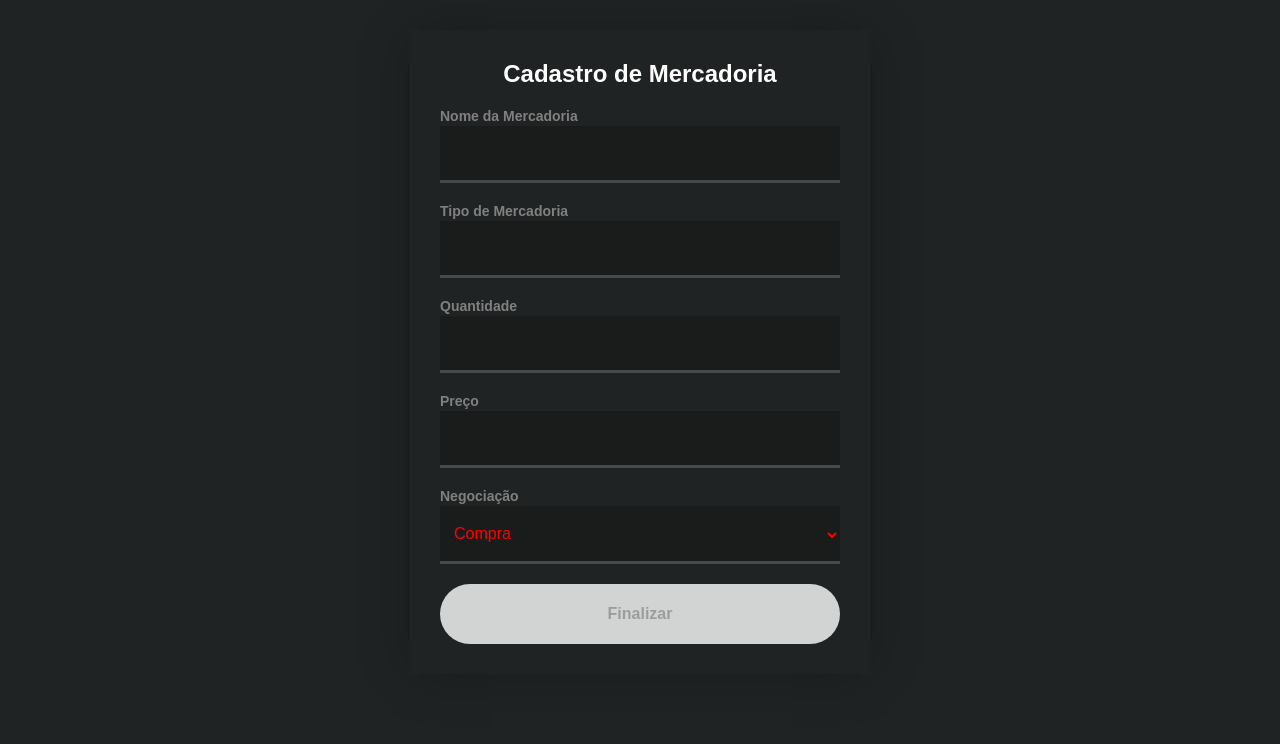
Repository: felipedischer/valemobi
Page: http://localhost/Valemobi/
The author's editor kept a copy of each file at every save. The page is drawn from the files as they stood at one save, then again after the next save.
The browser window is 1280 px wide. The pictures show the whole page.
The page is served by Tomcat 9.

Above is the page before, as saved 2016-09-28 04:08:21.

After the next save:
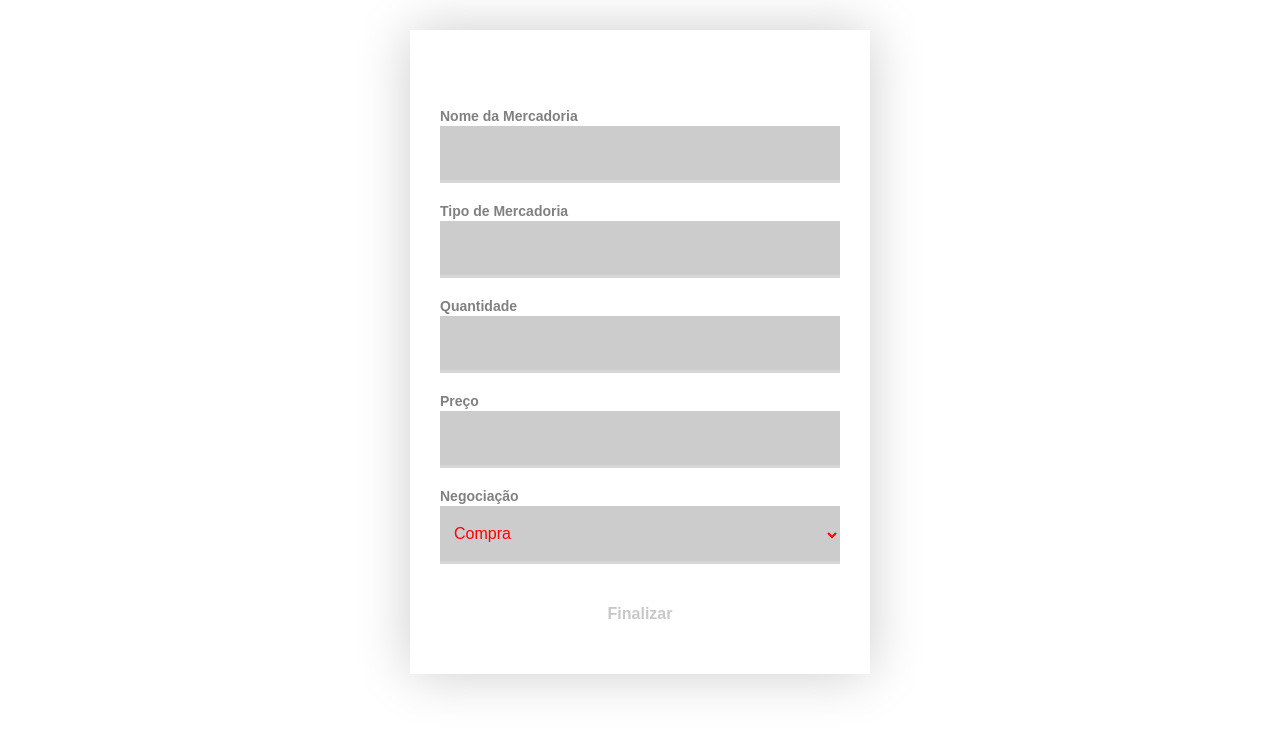
Saved 38 s later.
--- a/Valemobi/WebContent/estilo/css/estilo.css
+++ b/Valemobi/WebContent/estilo/css/estilo.css
@@ -18,7 +18,7 @@
 
 body{
 	padding-bottom: 40px;
-	background: #202323;
+	background: white;
 	width: 100%;
 	height: 100%;
 	position: relative;
